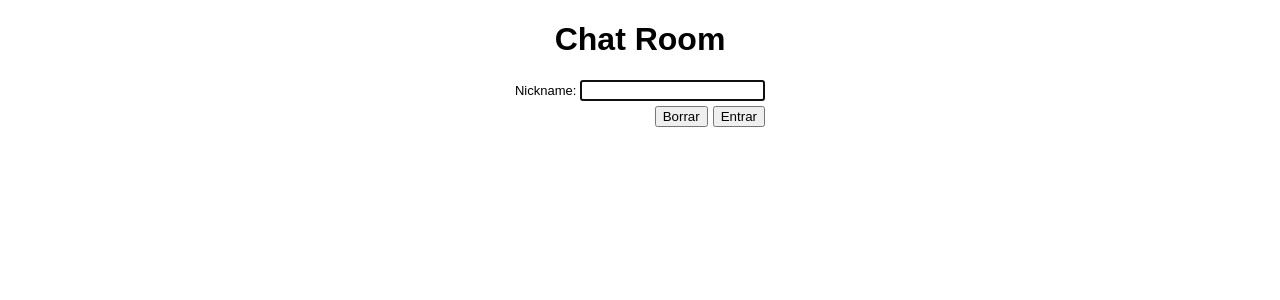
Repository: amtBurgos/SIDI_P3
Page: Practica3ChatWebRecuperacion/src/main/webapp/index.html
The author's editor kept a copy of each file at every save. The page is drawn from the files as they stood at one save, then again after the next save.
The browser window is 1280 px wide. The pictures show the whole page.

Above is the page before, as saved 2017-06-03 18:00:34.

### Practica3ChatWebRecuperacion/src/main/webapp/index.html
<!DOCTYPE html>
<html>
<head>
<title>Chat Room Inicio</title>
<meta http-equiv="Content-Type" content="text/html; charset=UTF-8">
<meta name="description"
	content="Sistemas Distribuidos - Practica 3 Segunda Convocatoria - 09/06/2017">
<meta name="author" content="Andrés Miguel Terán">
<meta name="author" content="Francisco Saiz Güemes">
<link rel="stylesheet" href="./vista/css/index.css">
<script type="text/javascript" src="./vista/js/inicio.js"></script>
</head>
<body>
	<h1>Chat Room</h1>
	<!-- Creamos un formulario que valida el nickname antes de mandarlo al servidor -->
	<div id="divLogin">
		<form action="./CheckUsuario" method="post" name="formularioInicio"
			onsubmit="return validarNickname()">
			<label>Nickname: </label> <input type="text" name="nickname"
				required="required" autofocus="autofocus"> <br>
			<div id="divBotonesLogin">
				<input id="borrarBtn" type="button" name="borrar" value="Borrar"
					onclick="limpiarNickname()"><input type="submit"
					name="entrar" value="Entrar">
			</div>
		</form>
	</div>
</body>
</html>

### Practica3ChatWebRecuperacion/src/main/webapp/vista/css/index.css
/*
Fichero CSS para el index.
*/
* {
	font-family: sans-serif;
}

html {
	display: table;
	margin: auto;
}

h1 {
	text-align: center;
}

label {
	font-size: small;
}

#divBotonesLogin {
	margin-top: 5px;
	text-align: right;
}

#borrarBtn {
	margin-right: 5px;
}

### Practica3ChatWebRecuperacion/src/main/webapp/vista/js/inicio.js
/**
 * Comprueba si el nombre es válido o no.
 *
 * @returns true/false si el nombre es válido o no.
 */
function validarNickname() {
	var retorno = false;
	if (document.forms["formularioInicio"]["nickname"].value.trim().length == 0) {
		alert("Rellena el nickname por favor");
		limpiarNickname();
	} else {
		retorno = true;
	}
	return retorno;
}

/**
 * Limpia el input del nickname y lo enfoca.
 */
function limpiarNickname() {
	document.forms["formularioInicio"]["nickname"].value = "";
	document.forms["formularioInicio"]["nickname"].focus();
}

### Practica3ChatWebRecuperacion/src/main/webapp/vista/css/comun.css
/*
Fichero CSS para los elementos con estilos
comunes a lo largo de la aplicación.
*/
* {
	font-family: sans-serif;
}

html {
	display: table;
	margin: auto;
}

h1 {
	text-align: center;
}

h4 {
	margin-bottom: 6px;
}

After the next save:
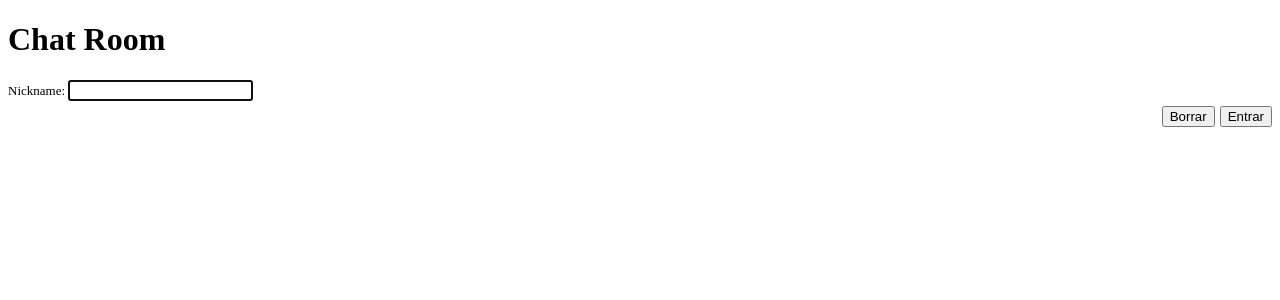
Saved 11 s later.
--- a/Practica3ChatWebRecuperacion/src/main/webapp/vista/css/index.css
+++ b/Practica3ChatWebRecuperacion/src/main/webapp/vista/css/index.css
@@ -1,19 +1,6 @@
 /*
 Fichero CSS para el index.
 */
-* {
-	font-family: sans-serif;
-}
-
-html {
-	display: table;
-	margin: auto;
-}
-
-h1 {
-	text-align: center;
-}
-
 label {
 	font-size: small;
 }

After the 2 saves that followed:
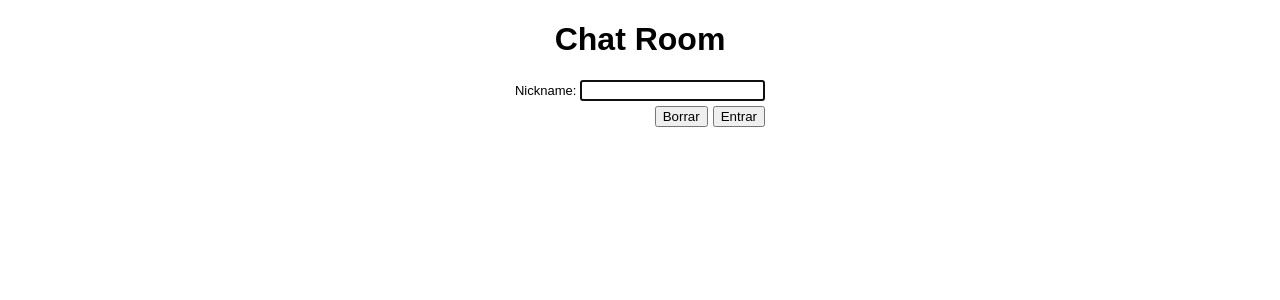
The 2 saves are shown as one change because 1 left the picture as it was.
The last was saved 25 s later.
--- a/Practica3ChatWebRecuperacion/src/main/webapp/index.html
+++ b/Practica3ChatWebRecuperacion/src/main/webapp/index.html
@@ -9,6 +9,7 @@
 <meta name="author" content="Francisco Saiz Güemes">
 <link rel="stylesheet" href="./vista/css/index.css">
 <script type="text/javascript" src="./vista/js/inicio.js"></script>
+<link rel="stylesheet" href="./vista/css/comun.css">
 </head>
 <body>
 	<h1>Chat Room</h1>
--- a/Practica3ChatWebRecuperacion/src/main/webapp/vista/css/index.css
+++ b/Practica3ChatWebRecuperacion/src/main/webapp/vista/css/index.css
@@ -1,6 +1,7 @@
 /*
 Fichero CSS para el index.
 */
+
 label {
 	font-size: small;
 }
